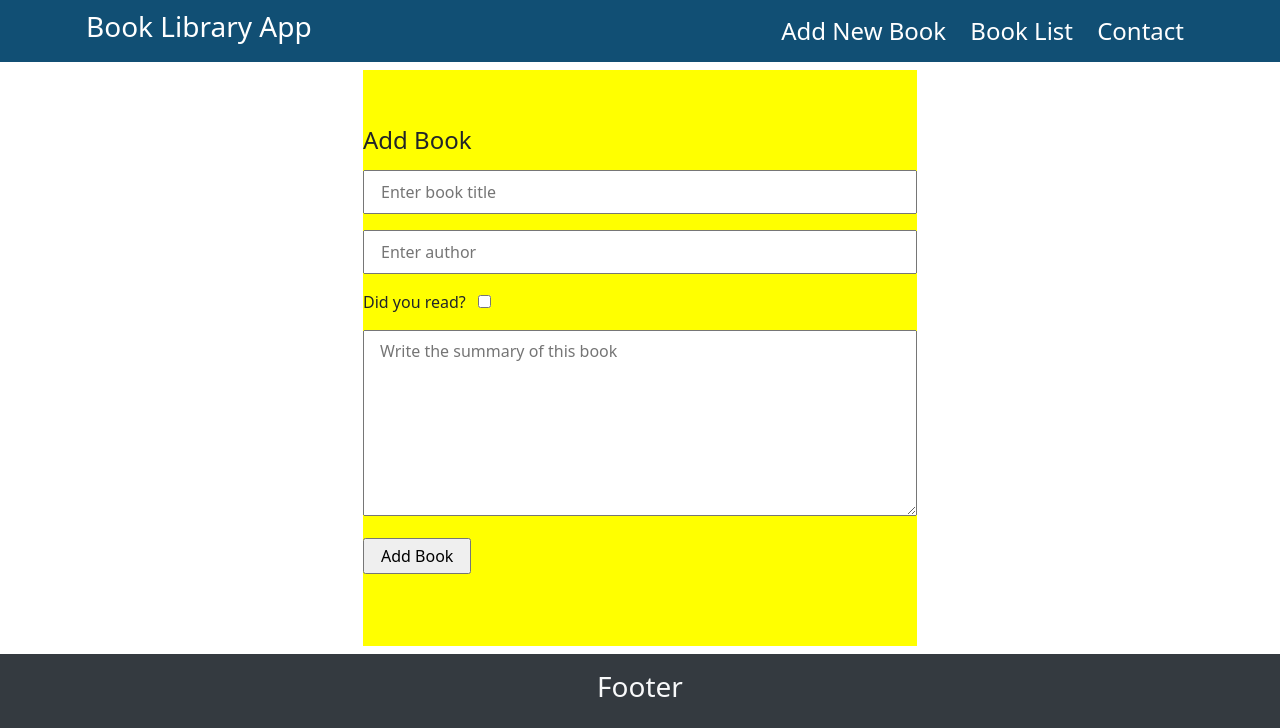
Repository: just-mann/booklibrary-app
Page: http://localhost/
These files come from the project's save history. The page is drawn as it stood at one moment and after the next save; the edit follows.
The browser window is 1280 px wide. The pictures show the whole page.
The page is served by the project's Node server (app.js).

Above is the page before, as saved 2021-06-06 04:44:14.

After the next save:
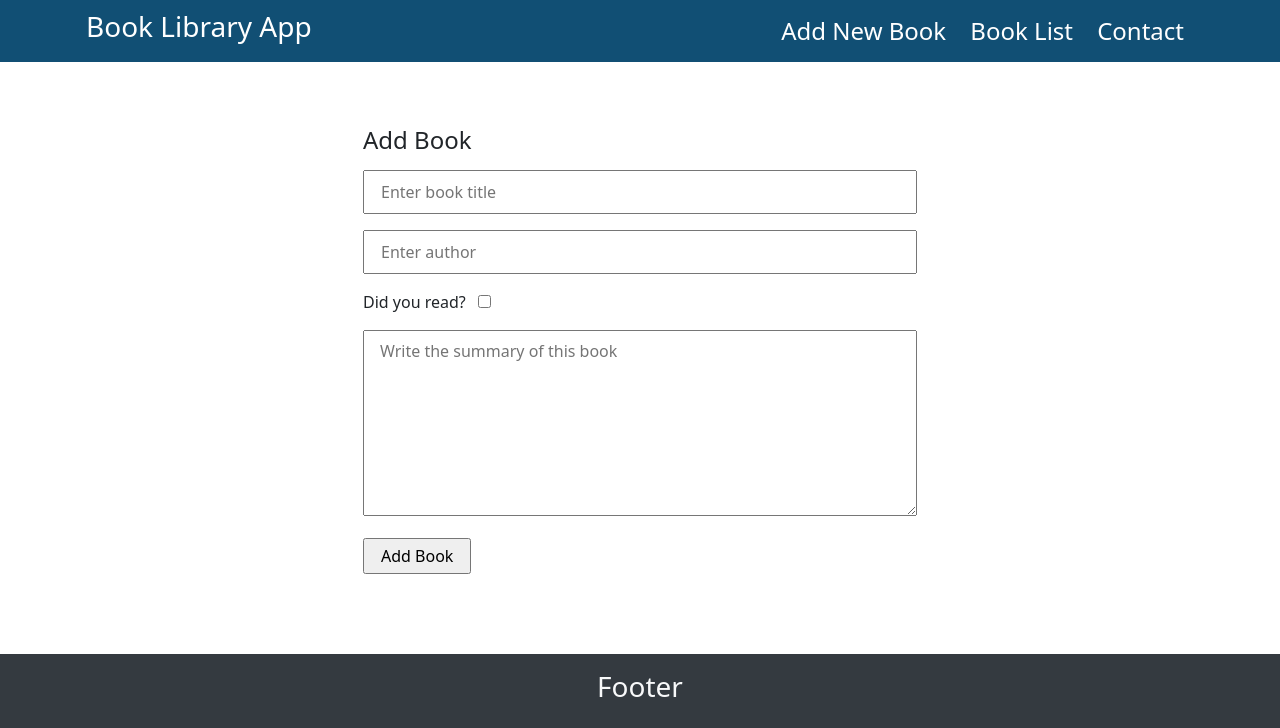
Saved 12 s later.
--- a/public/style.css
+++ b/public/style.css
@@ -69,7 +69,7 @@ nav .container .nav__links a {
 }
 
 .home .homeDiv {
-    background: yellow;
+    /* background: yellow; */
     width: 250px;
     margin: 0 auto;
 }
